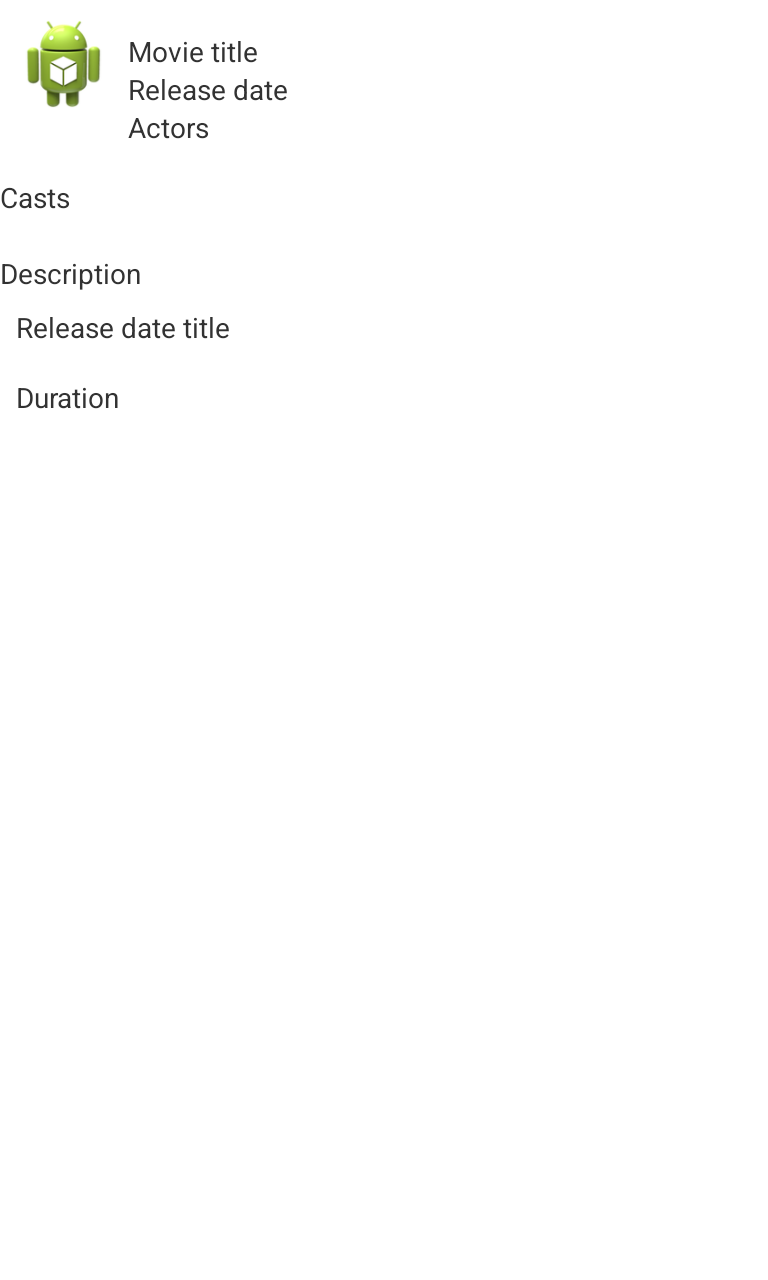
Repository: movieexample12/movieexample
Layout: Movies5/res/layout/details.xml
The author's editor kept a copy of each file at every save. The layout is drawn from the files as they stood at one save, then again after the next save.
It is drawn on a 768 x 1280 px phone screen (xhdpi) without system bars, with theme AppTheme; the app's code is not run.

Above is the layout before, as saved 2013-01-09 11:48:00.

After the next save:
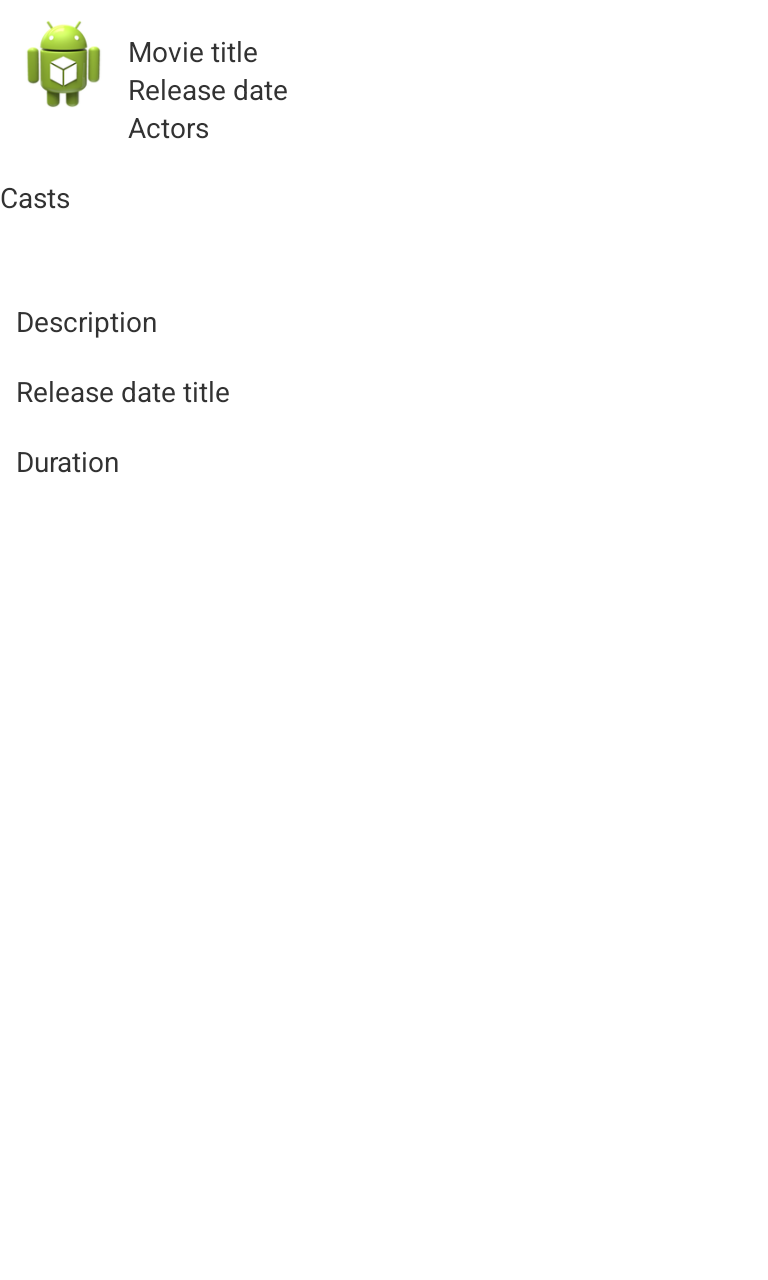
Saved 79 s later.
--- a/Movies5/res/layout/details.xml
+++ b/Movies5/res/layout/details.xml
@@ -46,11 +46,13 @@
         android:gravity="center_vertical"
 	    android:text="@string/casts_title"/>
     <TextView
+        android:padding="8dp"
         android:id="@+id/casts"
         android:layout_width="match_parent"
         android:layout_height="wrap_content"
         android:gravity="center_vertical"/>
     <TextView
+        android:padding="8dp"
         android:id="@+id/description"
         android:layout_width="match_parent"
         android:layout_height="wrap_content"
